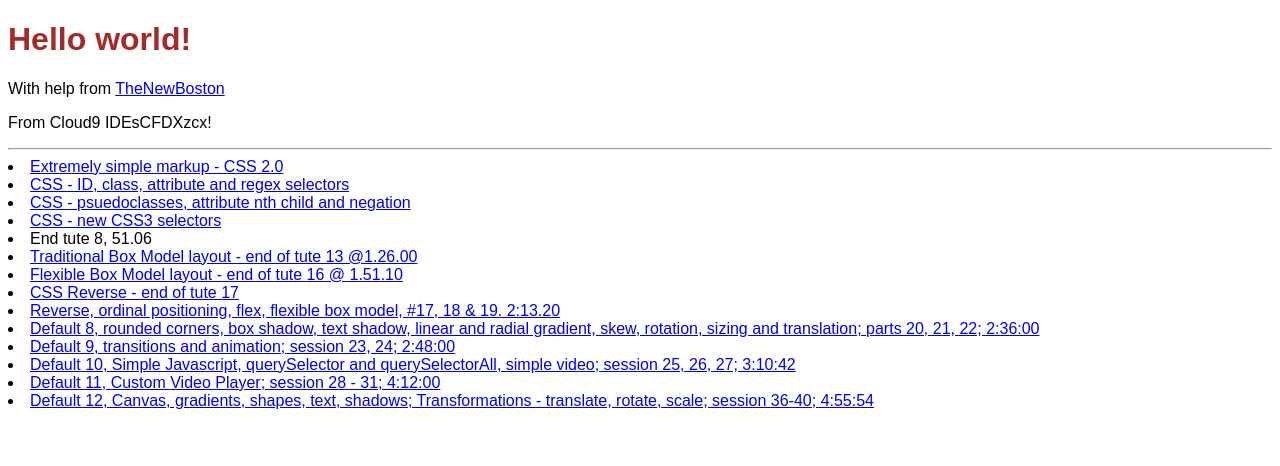
Repository: jksfoTemp/HTML5
Page: index.html
The author's editor kept a record of every edit. The page is drawn from the files as they stood at one moment, then again after the next edit.
The browser window is 1280 px wide. The pictures show the whole page.

Above is the page before.

### index.html
    <!DOCTYPE html>

<!--
    This is an HTML page that contains a CSS and a Javascript file.

    Run this sample by clicking the 'Preview' button on top;
    a new tab will open with the current page open.
-->
<html lang="en">
    <head>
        <meta charset="utf-8" />
        <title>Hello world from Cloud9!</title>
        <link rel="stylesheet" href="css/default.0.css" type="text/css"/>
    </head>

    <body>
        <header>
            <h1>Hello world!</h1>
            With help from <a href="https://www.youtube.com/watch?v=k0f9pC8b3wM">TheNewBoston</a>
            <p class="tagline"></p>
        </header>
        <hr/>

        <nav>
            <li><a href="default.0.html">Extremely simple markup - CSS 2.0</a></li>
            <li><a href="default.1.html">CSS - ID, class, attribute and regex selectors</a></li>
            <li><a href="default.2.html">CSS - psuedoclasses, attribute nth child and negation </a></li>
            <li><a href="default.3.html">CSS - new CSS3 selectors </a></li>
            <li>End tute 8, 51.06</li>
            <li><a href="default.4.html">Traditional Box Model layout - end of tute 13 @1.26.00 </a></li>
            <li><a href="default.5.html">Flexible Box Model layout - end of tute 16 @ 1.51.10 </a></li>
            <li><a href="default.6.html">CSS Reverse - end of tute 17 </a></li>
            <li><a href="default.7.html">Reverse, ordinal positioning, flex, flexible box model, #17, 18 & 19. 2:13.20</a></li>
            <li><a href="default.8.html">Default 8, rounded corners, box shadow, text shadow, linear and radial gradient, skew, rotation, sizing and translation; parts 20, 21, 22; 2:36:00</a></li>
            <li><a href="default.9.html">Default 9, transitions and animation; session 23, 24; 2:48:00</a></li>
            <li><a href="default.10.html">Default 10,  Simple Javascript, querySelector and querySelectorAll, simple video; session 25, 26, 27; 3:10:42  </a></li>        </nav>
            <li><a href="default.11.html">Default 11,  Custom Video Player; session 28 - 31; 4:12:00  </a></li>
            <li><a href="default.12.html">Default 12, Canvas, gradients, shapes,
                text, shadows; Transformations - translate, rotate, scale; session 36-40; 4:55:54 </a></li>

        </nav>

        <!-- load scripts at the bottom of your page -->
        <script src="js/site.js"></script>
    </body>
</html>

### css/default.0.css
body {
    font-family: Arial;
}

h1 {
    color: brown ;
}

### js/site.js
document.addEventListener("DOMContentLoaded", function () {
    var tagline = document.querySelector("p.tagline");
    tagline.innerText = "From Cloud9 IDEsCFDXzcx!";
});

After the next edit:
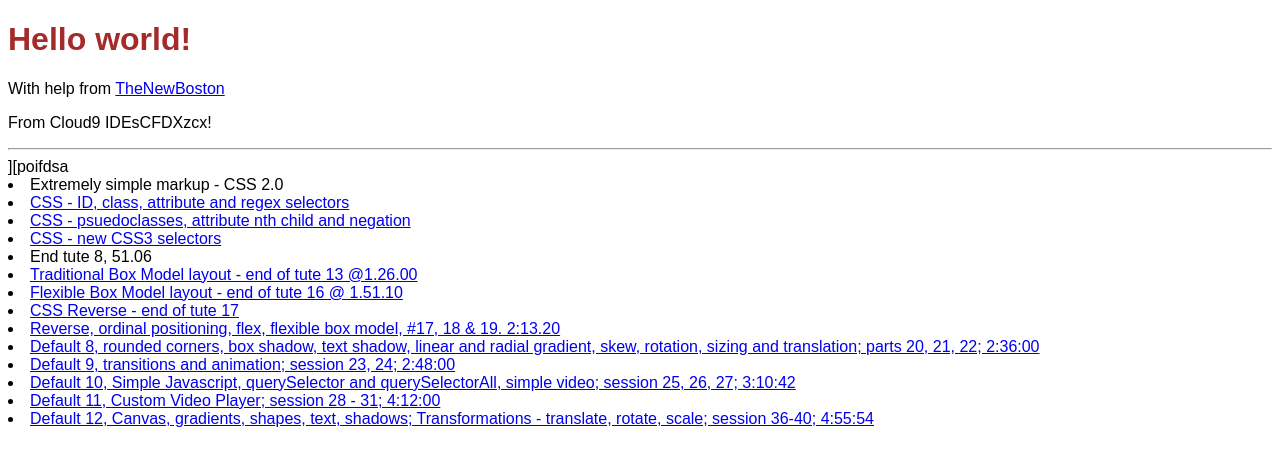
The edit:
--- a/index.html
+++ b/index.html
@@ -21,8 +21,8 @@
         </header>
         <hr/>
 
-        <nav>
-            <li><a href="default.0.html">Extremely simple markup - CSS 2.0</a></li>
+        <nav>][poifdsa
+            <li><a href0="default.0.html">Extremely simple markup - CSS 2.0</a></li>
             <li><a href="default.1.html">CSS - ID, class, attribute and regex selectors</a></li>
             <li><a href="default.2.html">CSS - psuedoclasses, attribute nth child and negation </a></li>
             <li><a href="default.3.html">CSS - new CSS3 selectors </a></li>
